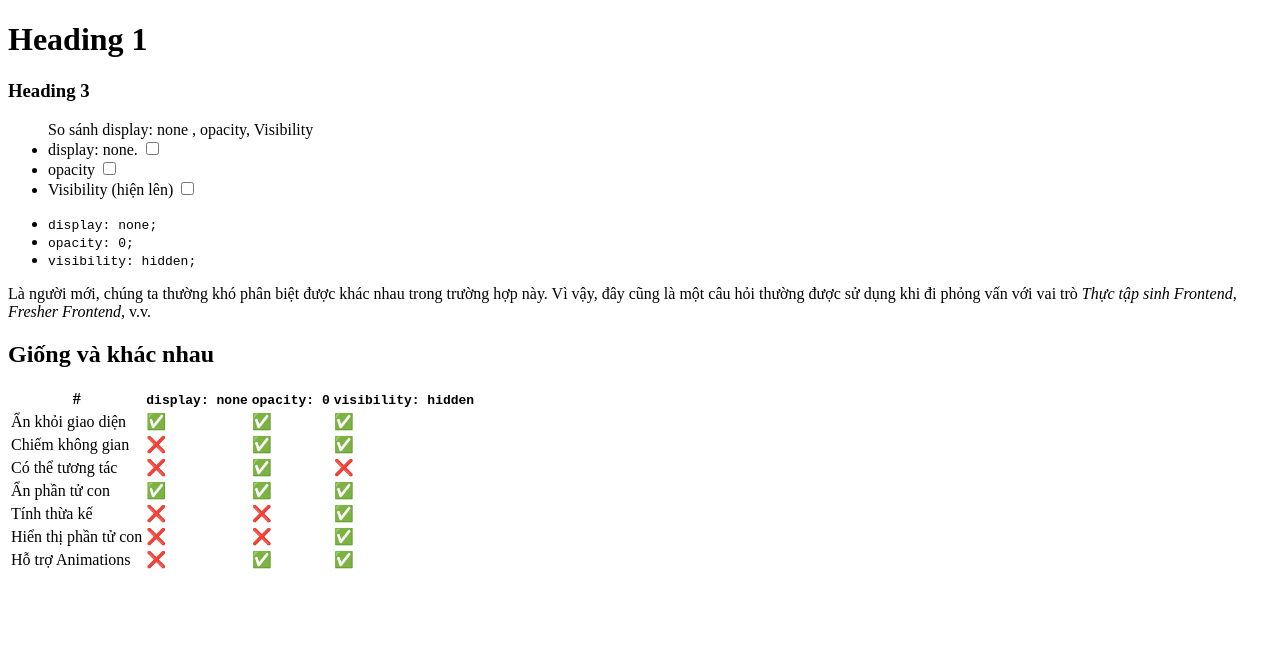
Repository: phanvu0103/HTML-CSS
Page: CSS_23_Thẻ-Inline_và_Thẻ_block/07_So-sánh-display-opacity-và-visibility-#1/index.html
These files come from the project's save history. The page is drawn as it stood at one moment and after the next save; the edit follows.
The browser window is 1280 px wide. The pictures show the whole page.

Above is the page before, as saved 2022-10-18 13:40:06.

After the next save:
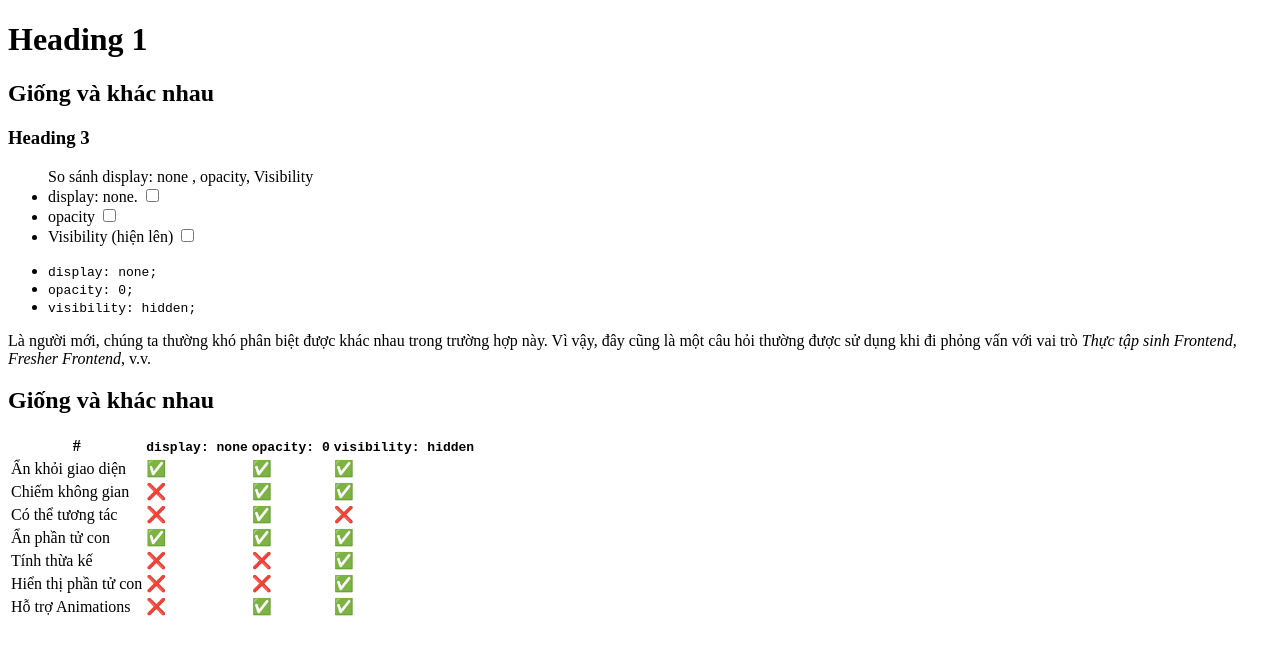
Saved 59 s later.
--- a/CSS_23_Thẻ-Inline_và_Thẻ_block/07_So-sánh-display-opacity-và-visibility-#1/index.html
+++ b/CSS_23_Thẻ-Inline_và_Thẻ_block/07_So-sánh-display-opacity-và-visibility-#1/index.html
@@ -9,7 +9,7 @@
   </head>
   <body>
     <h1>Heading 1</h1>
-
+    <h2>Giống và khác nhau</h2>
     <h3>Heading 3</h3>
     <ul>
       So sánh display: none , opacity, Visibility
